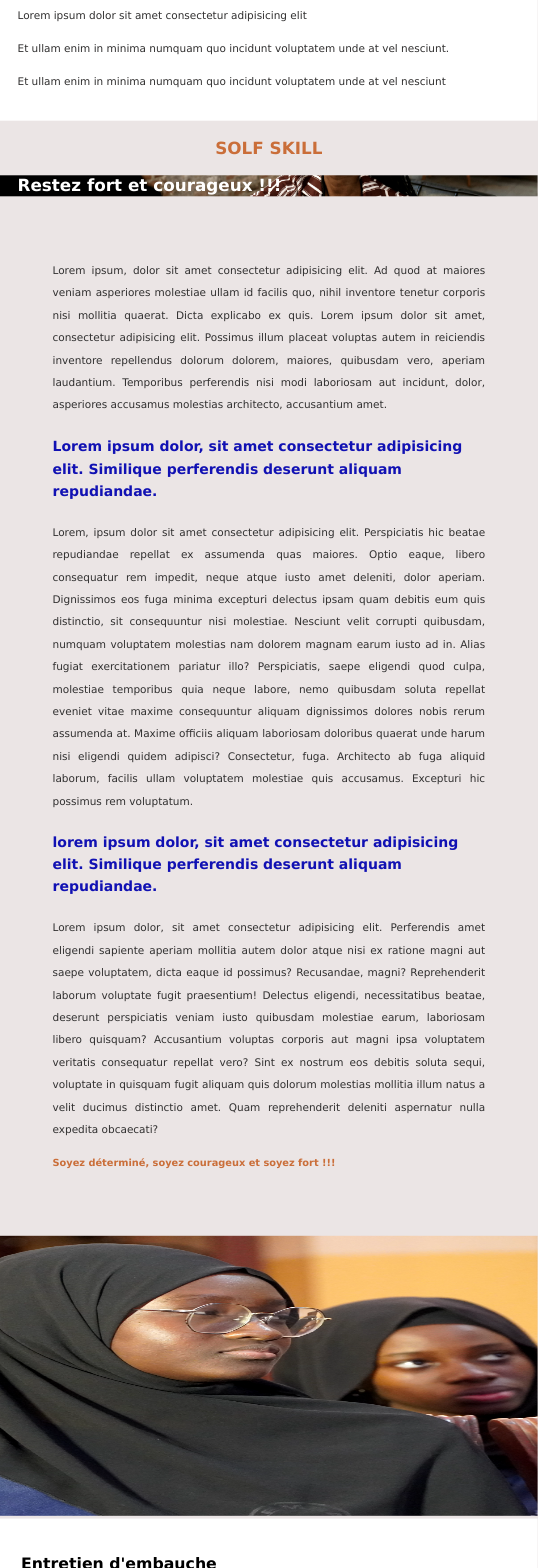
Repository: Ken-dia/newsletters_force_n
Page: index.html
The author's editor kept a copy of each file at every save. The page is drawn from the files as they stood at one save, then again after the next save.
The browser window is 768 px wide. The pictures show the part of the page from y = 2259 to 4499 px (the page is 10268 px tall before and 10538 px after), at 70% of full size.

Above is the page before, as saved 2024-04-24 15:44:13.

After the next save:
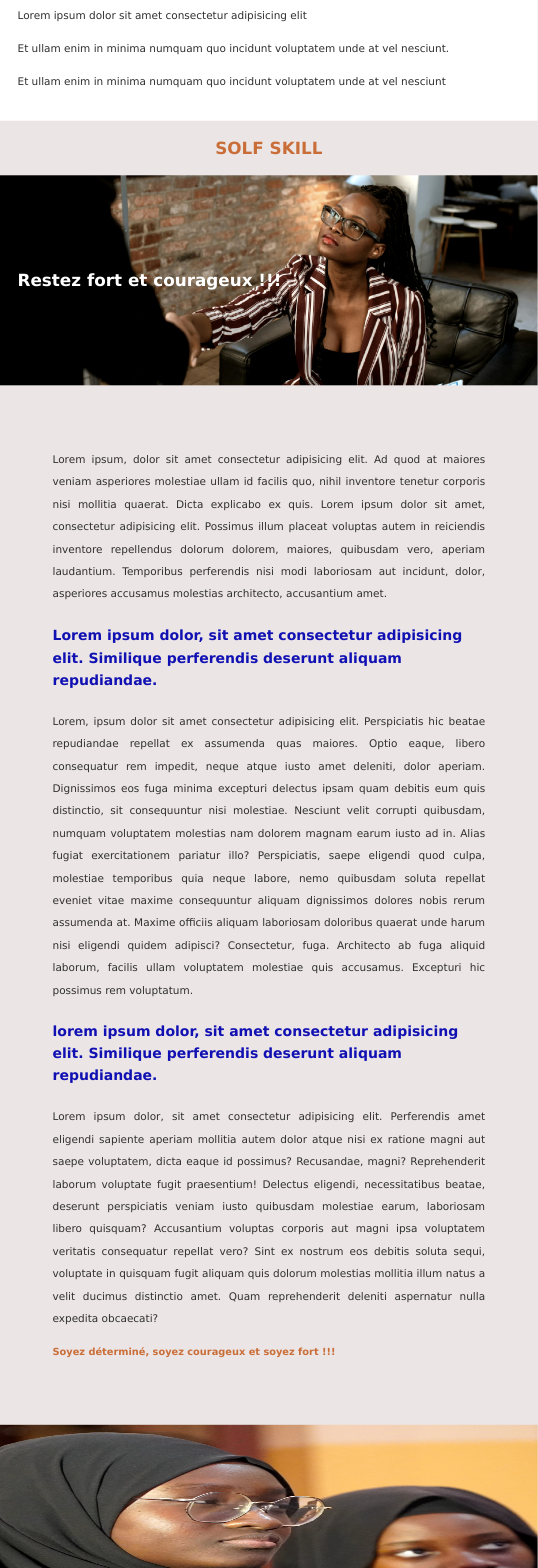
Saved 33 s later.
--- a/styles.css
+++ b/styles.css
@@ -331,8 +331,7 @@
         margin: 25px;
     }
     .image-soft-skill {
-        width: 100%;
-        height: 100%;
+       height: 300px;
     }
     .text-solf-skill {
         padding: 25px;
